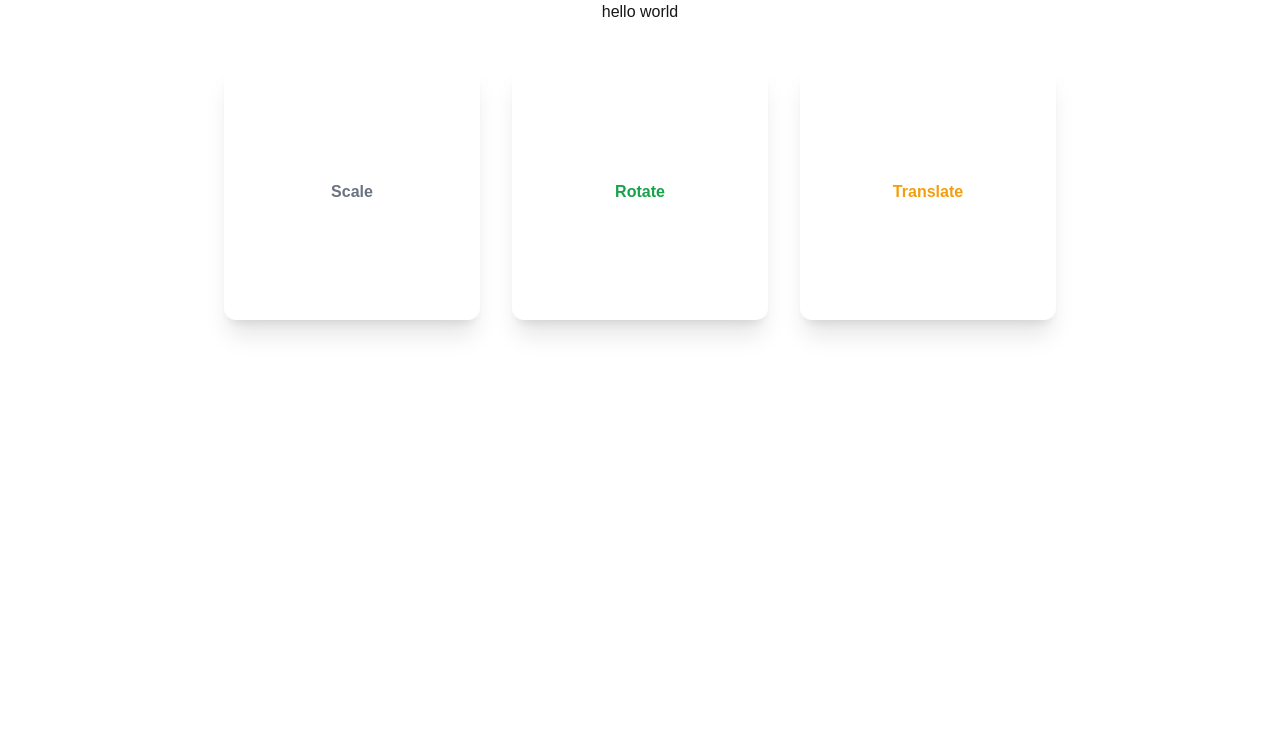
Repository: vitorbelluzzo/CountryInformationApp
Page: / (app in fe/)
The author's editor kept a copy of each file at every save. The page is drawn from the files as they stood at one save, then again after a run of saves.
The browser window is 1280 px wide. The pictures show the whole page.
The project was rebuilt for these pictures with package versions that can differ from the ones it lists, and the page was loaded fresh each time. The framework's server and built-in components were replaced by stand-ins that run in the browser. Also part of the build but not shown: fe/next.config.ts.

Above is the page before, as saved 2024-10-29 13:55:47.

After the next 2 saves:
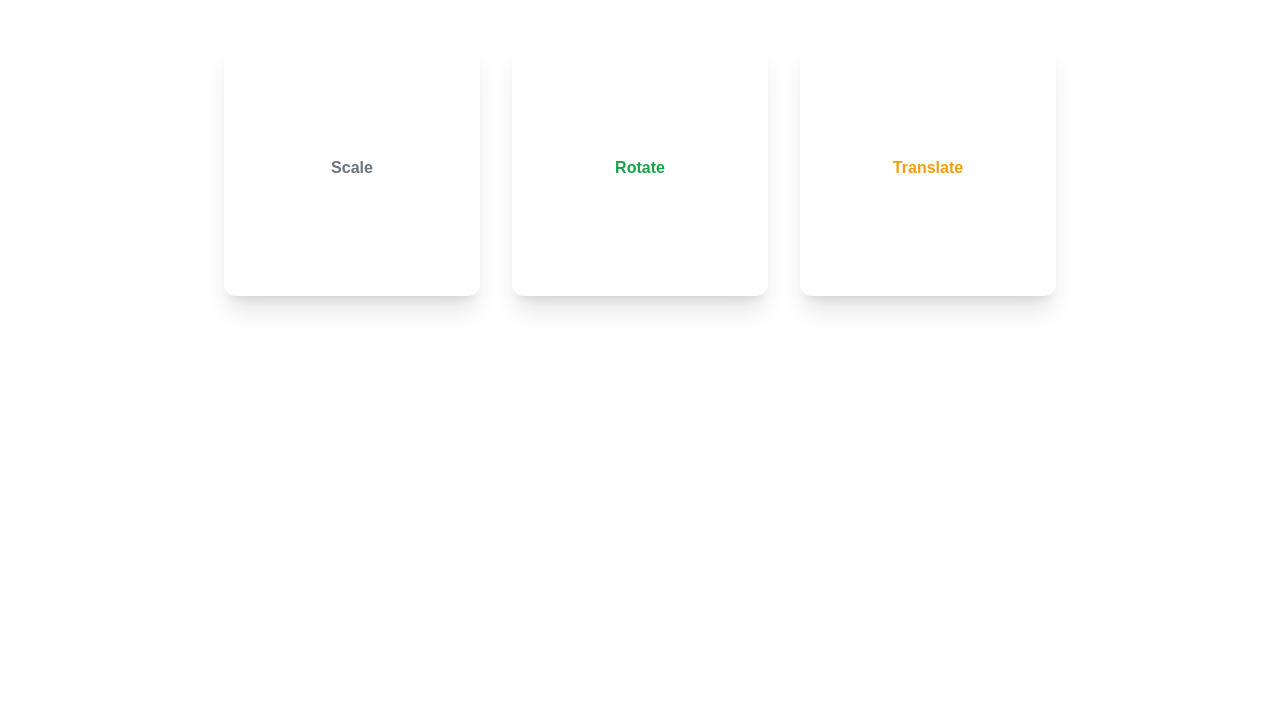
The 2 saves are shown as one change because they came seconds apart.
The last was saved 7 s later.
--- a/fe/src/app/page.tsx
+++ b/fe/src/app/page.tsx
@@ -24,29 +24,25 @@ export default function Home() {
 
   return (
     <div>
-      <p className="text-center">hello world</p>
       <div className="flex gap-8 flex-wrap justify-center  h-screen py-10">
-    <div
-        className="transform  rounded-xl h-40 w-40 sm:h-64 sm:w-64 bg-white shadow-xl transition duration-300 hover:scale-105">
-        <div className="flex h-full justify-center items-center">
+        <div className="transform  rounded-xl h-40 w-40 sm:h-64 sm:w-64 bg-white shadow-xl transition duration-300 hover:scale-105">
+          <div className="flex h-full justify-center items-center">
             <span className="font-bold text-gray-500">Scale</span>
+          </div>
         </div>
-    </div>
 
-    <div
-        className="transform  rounded-xl h-40 w-40 sm:h-64 sm:w-64 bg-white shadow-xl transition duration-300 hover:rotate-180">
-        <div className="flex h-full justify-center items-center">
+        <div className="transform  rounded-xl h-40 w-40 sm:h-64 sm:w-64 bg-white shadow-xl transition duration-300 hover:rotate-180">
+          <div className="flex h-full justify-center items-center">
             <span className="font-bold text-green-600">Rotate</span>
+          </div>
         </div>
-    </div>
 
-    <div
-        className="transform rounded-xl h-40 w-40 sm:h-64 sm:w-64 bg-white shadow-xl transition duration-300 hover:translate-x-4">
-        <div className="flex h-full justify-center items-center">
+        <div className="transform rounded-xl h-40 w-40 sm:h-64 sm:w-64 bg-white shadow-xl transition duration-300 hover:translate-x-4">
+          <div className="flex h-full justify-center items-center">
             <span className="font-bold text-amber-500">Translate</span>
+          </div>
         </div>
-    </div>
-</div>
+      </div>
     </div>
   );
 }
